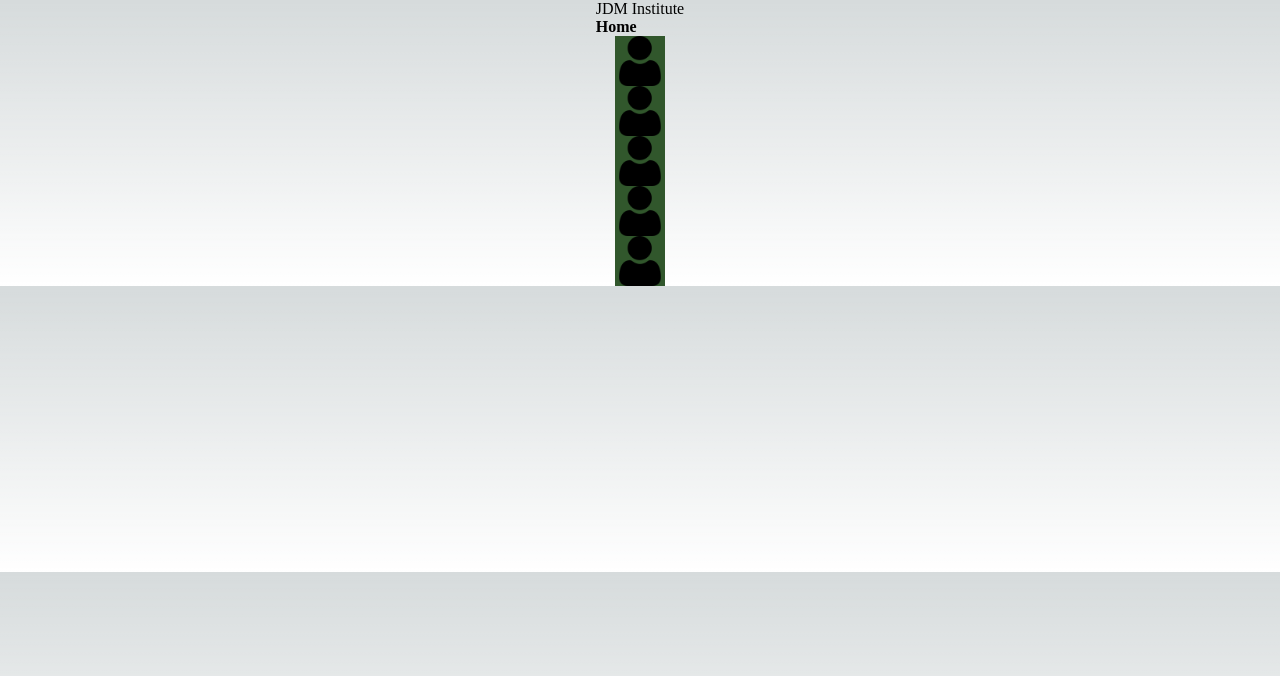
Repository: jennydmcm/class03practice
Page: /about
The author's editor kept a copy of each file at every save. The page is drawn from the files as they stood at one save, then again after the next save.
The browser window is 1280 px wide. The pictures show the whole page.
The project was rebuilt for these pictures with package versions that can differ from the ones it lists, and the page was loaded fresh each time. The framework's server and built-in components were replaced by stand-ins that run in the browser. Also part of the build but not shown: next.config.js.

Above is the page before, as saved 2023-01-24 20:53:50.

After the next save:
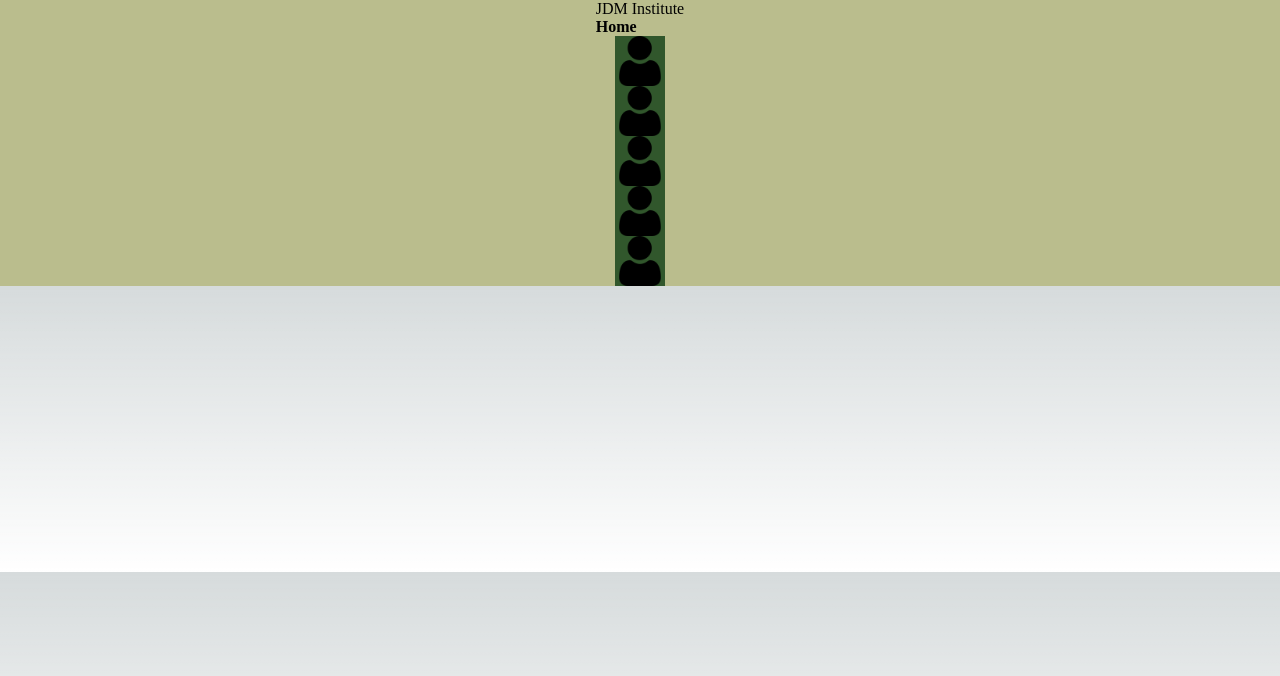
Saved 21 s later.
--- a/styles/About.module.css
+++ b/styles/About.module.css
@@ -3,6 +3,7 @@
     flex-direction: column;
     justify-content: center;
     align-items: center;
+    background-color: #BABD8D;
 }
 
 .link{
